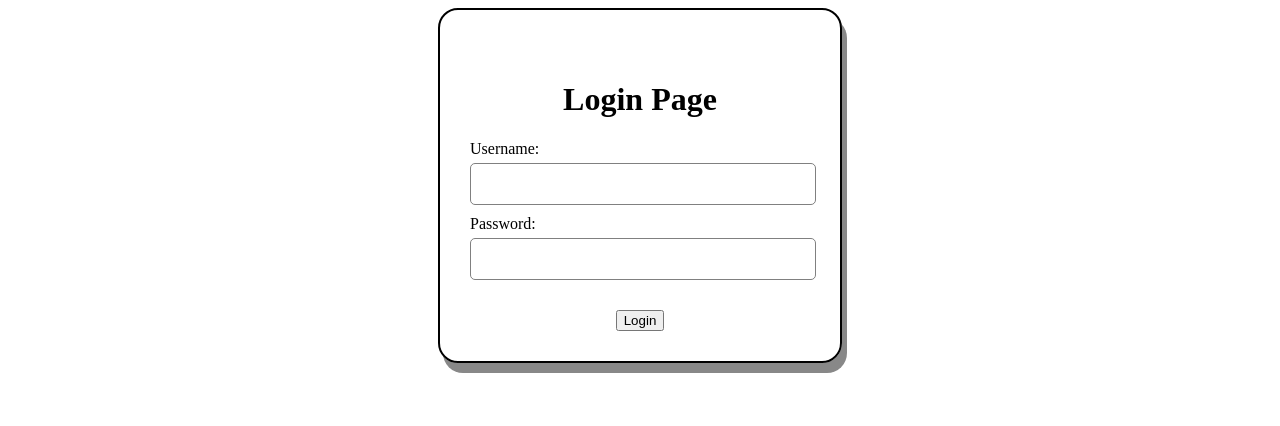
Repository: anjalipatel-dev/web-dev-learning-journey
Page: 03_html_css_ui_pages/login_ui/login.html
The author's editor kept a copy of each file at every save. The page is drawn from the files as they stood at one save, then again after the next save.
The browser window is 1280 px wide. The pictures show the whole page.

Above is the page before, as saved 2025-10-03 20:54:34.

After the next save:
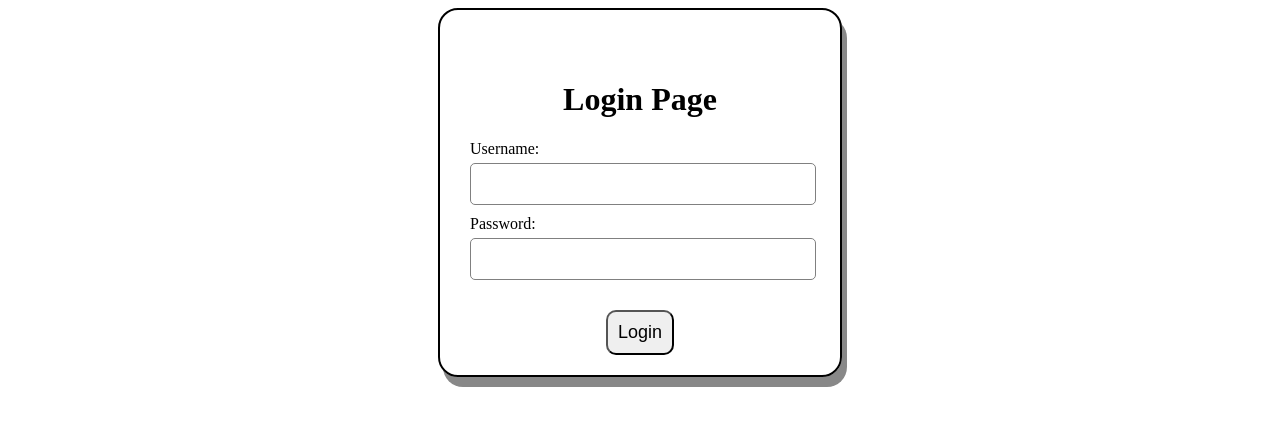
Saved 35 s later.
--- a/03_html_css_ui_pages/login_ui/styles.css
+++ b/03_html_css_ui_pages/login_ui/styles.css
@@ -28,8 +28,10 @@
     border-radius: 5px;
     border: 1px solid gray;
 }
-.submit-group{
+.submit-group button{
     margin: 20px;
     text-align: center;
     padding: 10px;
+    font-size: 18px;
+    border-radius: 10px;
 }
